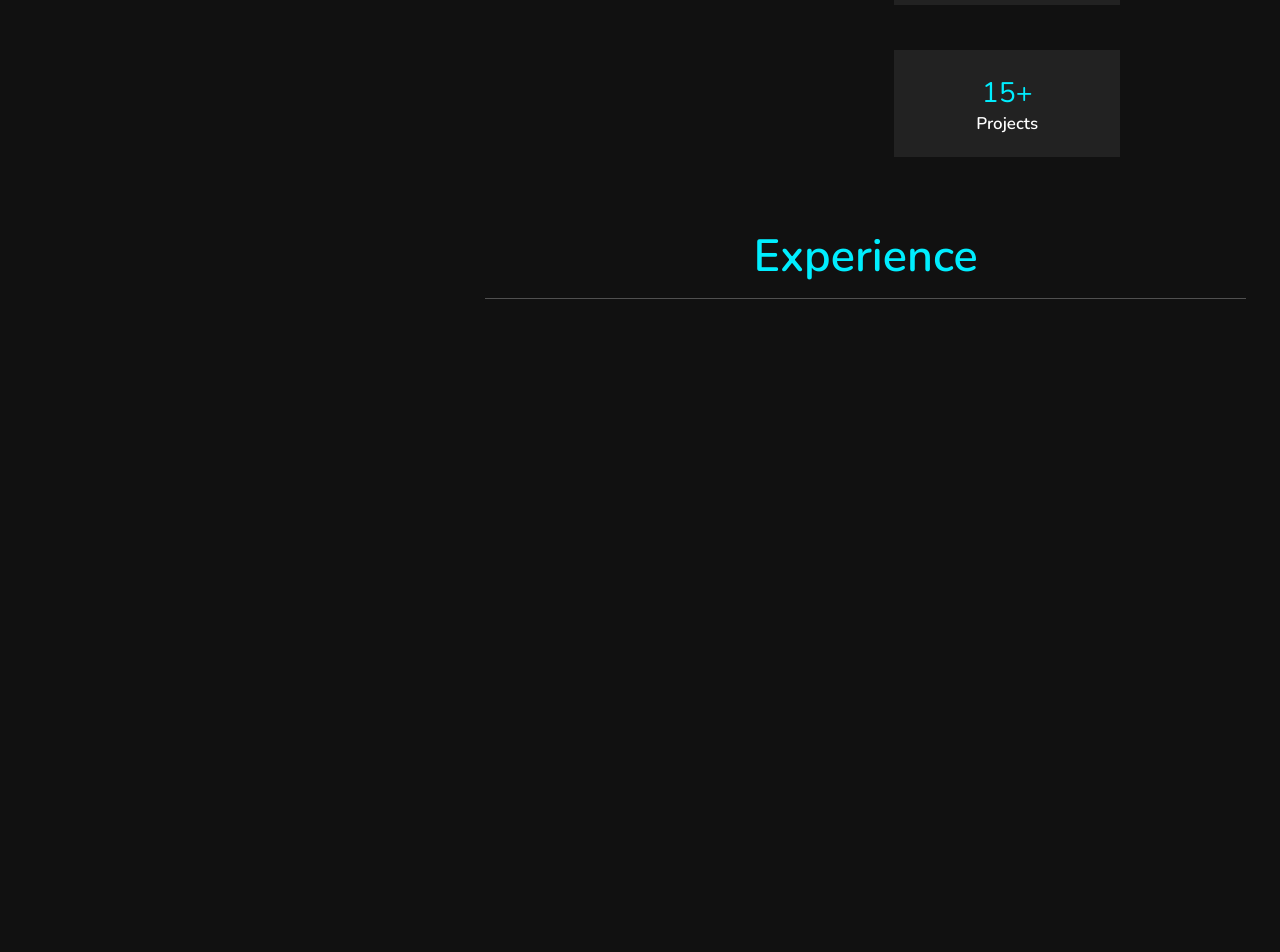
Repository: priyanka-bishnoi/PortfolioPage
Page: MyPage.html
The author's editor kept a copy of each file at every save. The page is drawn from the files as they stood at one save, then again after the next save.
The browser window is 1280 px wide. The pictures show the part of the page from y = 1280 to 2232 px (the page is 2922 px tall).

Above is the page before, as saved 2022-10-09 14:24:10.

### MyPage.html
<!DOCTYPE html>
<html>
<head>
     <!-- font awesome cdn link  -->
     <link rel="stylesheet" href="https://cdnjs.cloudflare.com/ajax/libs/font-awesome/5.15.2/css/all.min.css">
    <link rel="stylesheet" href="css/style.css">

</head>
<body>
<header>
    <div class= "user">
        <img src="Background1.jpg"/>
        <h1 class="name" >Priyanka Bishnoi</h1>
        <p class="post" >Salesforce Consultant</p>
    </div>

    <nav class="navBar">
        <ul>
            <li> <a href="#home">Home</a></li>
            <li> <a href="#about">About</a></li>
            <li> <a href="#experience">Experience</a></li>
            <li> <a href="#portfolio">Portfolio</a></li>
            <li> <a href="#contact">Contact</a></li>

        </ul>


    </nav>


</header>

<!-- Home-->

<section class="home" id="home">

    <h3>HI THERE !</h3>
    <h1>I'M <span>Priyanka Bishnoi</span></h1>
    <p>Lorem ipsum dolor sit amet consectetur adipisicing elit. Distinctio deserunt aspernatur fugiat minus enim ullam repudiandae sint sed magnam tenetur! Lorem ipsum dolor sit amet consectetur adipisicing elit. Necessitatibus, at.
    </p>
    <a href="#about"><button class="btn">about me </button></a>


</section>

<section class="about" id="about">
<h1 class="heading"> <span>About </span>Me</h1>

<div class="row">
    <div class="info">
        <h3>  name : <span> priyanka bishnoi </span></h3>
        <h3> qualification :  <span> BE (IT) </span> </h3>
        <h3>  post : <span>Salesforce Architect </span>  </h3>
        <h3> language :<span> English  </span>  </h3>
    </div>

    <div class="counter">
        <div class="box">
            <span>13+</span>
            <h3>years of IT experience</h3>
        </div>

        <div class="box">
            <span>10+</span>
            <h3>years of Salesforce Experience</h3>
        </div>

        <div class="box">
            <span>10+</span>
            <h3>Certifications</h3>
        </div>

        <div class="box">
            <span>15+</span>
            <h3>Projects</h3>
        </div>
    </div>
</div>
</section>

<section class="experience" id="experience">

        <h1 class="heading"> <span>Experience </span></h1>

        <div class="row">
            <div class="exp">
            </div>
        </div>

</section>


<section class="contact" id="contact">
    <h1 class="heading"> <span>Contact </span>Me</h1>

    <div class="row">
        <div class="content">

            <h3 class="title">contact info</h3>

            <div class="info">
                <h3> <i class="fas fa-envelope"></i> priyanka.sfdc@gmail.com </h3>
                <h3> <i class="fas fa-phone"></i> +91-6361175149</h3>
                <h3> <i class="fas fa-phone"></i> +44-7435654139 </h3>
                <h3> <i class="fas fa-map-marker-alt"></i>London - UK </h3>
            </div>

        </div>
    </div>
</section>


</body>
</html>

### css/style.css
@import url('https://fonts.googleapis.com/css2?family=Nunito:wght@200;300;400;600&display=swap');
:root{
    --orange:rgb(0, 238, 255);
}
*{
    font-family: 'Nunito', sans-serif;
    margin:0;
    padding:0;
    box-sizing:border-box;
    text-decoration:none;
    text-transform:capitalize;
    transition:all .2s linear;
}
html {
    font-size:70.5%;
    overflow-x:hidden;
}
body{
    background:#111;
    overflow-x: hidden;
    padding-left: 40rem;
}

section{
    min-height: 100vh;
    padding:1rem;
}

.btn{
    padding:.7rem 3rem;
    background:#333;
    color:#fff;
    cursor: pointer;
    margin-top: 1rem;
    font-size: 1.5rem;
    border-radius: 5rem;
}

.btn:hover{
    background:var(--orange);
}

.heading{
    text-align: center;
    margin:0 2rem;
    font-size: 4rem;
    padding:1rem;
    border-bottom: .1rem solid #fff4;
    color:#fff;
}

.heading span{
    color:var(--orange);
}

header {
    position:fixed;
    top:0; left:0;
    z-index:1000;
    height:100%;
    width:35rem;
    background:black;
    display:flex;
    align-items: center;
    justify-content: center;
    flex-flow: column;
    text-align: center;
}

header .user img {
    height: 17rem;
    width: 17rem;
    border-radius: 50%;
    object-fit: cover;
    margin-bottom: 1rem;
    border: 0.7rem solid var(--orange);
}
header .user .name {
    font-size: 2.5rem;
    color: antiquewhite;
}
header .user .post{
    font-size: 2rem;
    color: antiquewhite;
}

header .navBar {
    font-size : 2rem;
}
header .navBar ul{
    list-style: none;
    padding:1rem 2rem;
}
header .navBar ul li a{
    display: block;
    padding:1rem;
    margin:1.5rem 0;
    background:#333;
    color:#fff;
    font-size: 1.5rem;
    border-radius: 5rem;
}

header .navBar ul li a:hover{
    background:rgb(0, 238, 255);
}


.home{
    display: flex;
    justify-content: center;
    flex-flow: column;
    padding:0 15rem;
}

.home h3{
    font-size: 2rem;
    color:#fff;
}

.home h1{
    font-size:2rem;
    color:#fff;
}

.home h1 span{
    color:var(--orange);
}

.home p{
    font-size:1.8rem;
    color:#eee;
    padding: 1rem 0;
}

.about {
 color:white;
}
.about .row {
    display: flex;
    justify-content: flex-start;
    flex-wrap: nowrap;
    padding: 1rem 0;
    flex-direction: row;
    align-content: space-around;
    align-items: center;
}
.about .row .info {

    display: block;
    justify-content: center;
    padding-left: 1rem;
    padding-top: 0rem;
    padding-right: 1rem;
    margin: 0 1rem;
    font-size: 1.5rem;

}
.about h3 span{
    color:var(--orange);
}
.about .row .info h3 {

    display: block;
    justify-content: center;
    padding: 1rem;
    margin: 0 1rem;
    font-size: 1.5rem;

}

.about .row .counter{
    flex:1 1 48rem;
    display: flex;
    justify-content: center;
    flex-wrap: wrap;
}

.about .row .counter .box{
    width:20rem;
    background:#222;
    text-align: center;
    padding: 2rem;
    margin:2rem;
}

.about .row .counter .box span{
    font-size: 2.5rem;
    color:var(--orange);
}

.about .row .counter .box h3{
    font-size: 1.5rem;
    color:#fff;
}

.about {
    color:white;
   }
.about .row {
       display: flex;
       justify-content: flex-start;
       flex-wrap: nowrap;
       padding: 1rem 0;
       flex-direction: row;
       align-content: space-around;
       align-items: center;
}

.contact .row .content .info {

    display: block;
    justify-content: center;
    padding-left: 1rem;
    padding-top: 0rem;
    padding-right: 1rem;
    margin: 0 1rem;
    font-size: 1.5rem;
    color:var(--orange);

}
.contact h3 span{
    color:var(--orange);
}

After the next save:
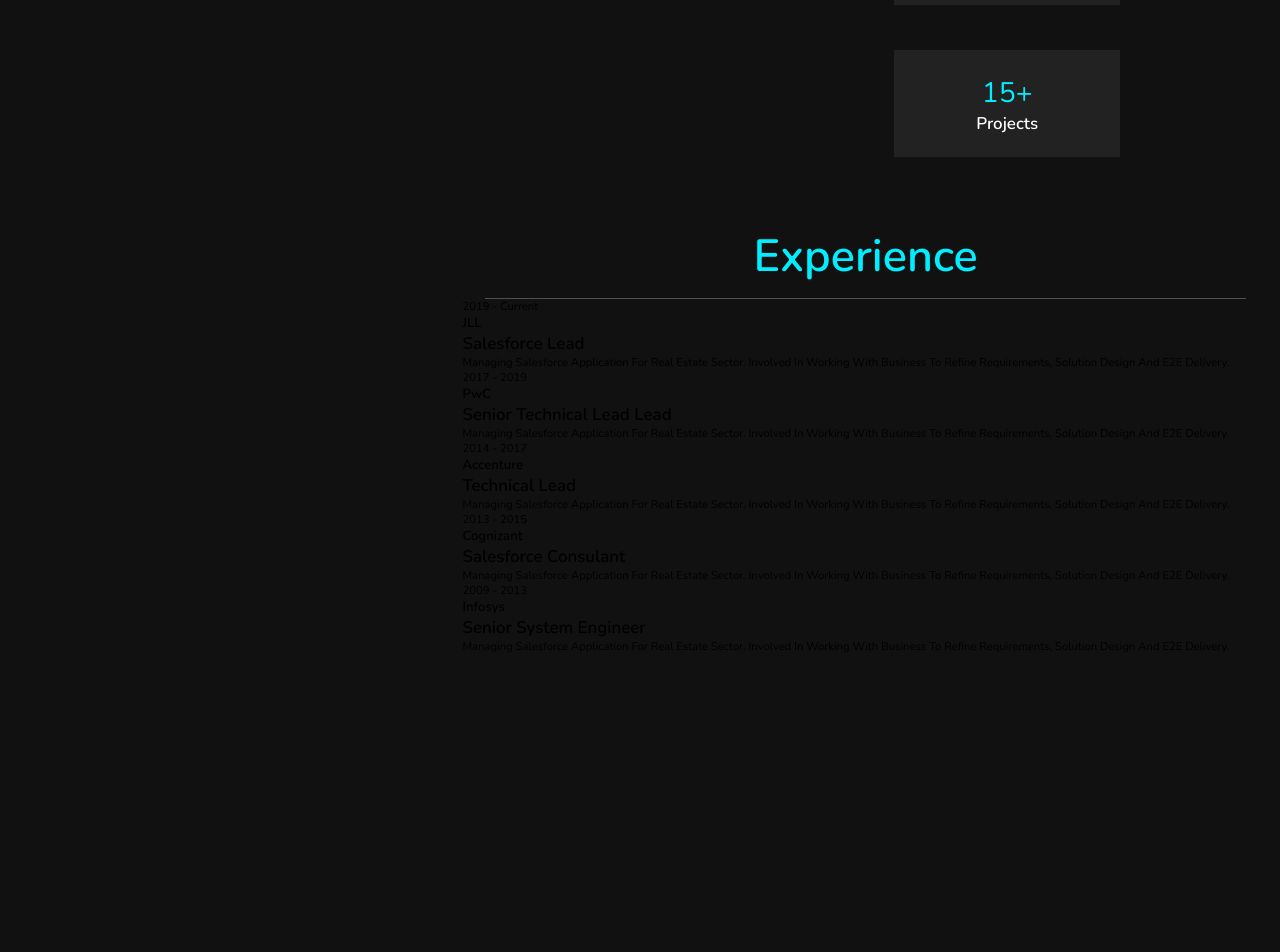
Saved 5 min 46 s later.
--- a/MyPage.html
+++ b/MyPage.html
@@ -84,6 +84,37 @@
 
         <div class="row">
             <div class="exp">
+                <div class="box">
+                    <span>2019 - Current</span>
+                    <h3>JLL</h3>
+                    <h2>Salesforce Lead</h2>
+                    <p>Managing Salesforce application for Real Estate Sector. Involved in working with business to refine requirements, solution design and E2E delivery.</p>
+                </div>
+                <div class="box">
+                    <span>2017 - 2019</span>
+                    <h3>PwC</h3>
+                    <h2>Senior Technical Lead Lead</h2>
+                    <p>Managing Salesforce application for Real Estate Sector. Involved in working with business to refine requirements, solution design and E2E delivery.</p>
+                </div>
+                <div class="box">
+                    <span>2014 - 2017</span>
+                    <h3>Accenture</h3>
+                    <h2>Technical Lead</h2>
+                    <p>Managing Salesforce application for Real Estate Sector. Involved in working with business to refine requirements, solution design and E2E delivery.</p>
+                </div>
+                <div class="box">
+                    <span>2013 - 2015</span>
+                    <h3>Cognizant</h3>
+                    <h2>Salesforce Consulant</h2>
+                    <p>Managing Salesforce application for Real Estate Sector. Involved in working with business to refine requirements, solution design and E2E delivery.</p>
+                </div>
+                <div class="box">
+                    <span>2009 - 2013</span>
+                    <h3>Infosys</h3>
+                    <h2>Senior System Engineer</h2>
+                    <p>Managing Salesforce application for Real Estate Sector. Involved in working with business to refine requirements, solution design and E2E delivery.</p>
+                </div>
+
             </div>
         </div>
 
